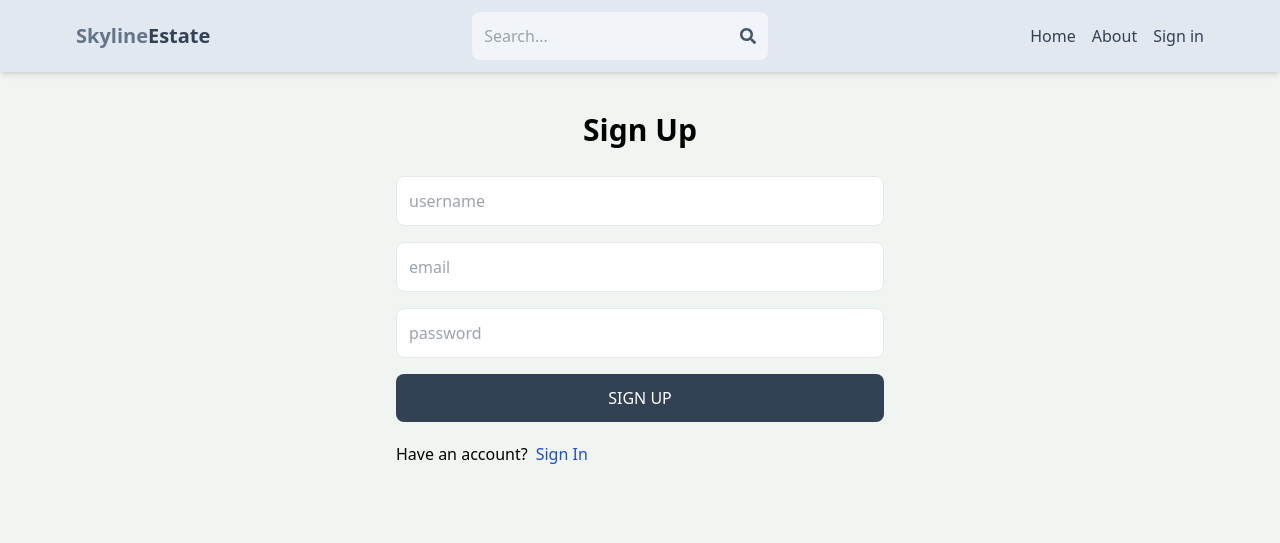
Repository: stavan30/mern-estate
Page: /sign-up (app in client/)
An editor plug-in stored every save of this project. The page is shown before and after the next save, followed by the edit.
The browser window is 1280 px wide. The pictures show the whole page.
The project was rebuilt for these pictures with package versions that can differ from the ones it lists, and the page was loaded fresh each time. Also part of the build but not shown: client/vite.config.js, client/src/pages/About.jsx, client/src/pages/Home.jsx, client/src/pages/Profile.jsx, client/src/pages/SignIn.jsx.

Above is the page before, as saved 2024-01-30 14:31:33.

### client/src/main.jsx
import React from 'react'
import ReactDOM from 'react-dom/client'
import App from './App.jsx'
import './index.css'
import {persistor, store} from './redux/store.js'
import {Provider} from 'react-redux'
import {PersistGate} from 'redux-persist/integration/react';

ReactDOM.createRoot(document.getElementById('root')).render(
  <Provider store={store}>
    <PersistGate loading={null} persistor={persistor}>
    <App />
    </PersistGate>
  </Provider>
)

### client/src/App.jsx
import { BrowserRouter, Routes, Route } from 'react-router-dom';
import Header from './components/Header';
import About from './pages/About';
import Home from './pages/Home';
import Profile from './pages/Profile';
import SignIn from './pages/SignIn';
import SignUp from './pages/SignUp';


export default function App() {
  return (
    <BrowserRouter>
    <Header/>
      <Routes>
        <Route path='/' element={<Home/>}></Route>
        <Route path='/sign-in' element={<SignIn/>}></Route>
        <Route path='/sign-up' element={<SignUp/>}></Route>
        <Route path='/about' element={<About/>}></Route>
        <Route path='/profile' element={<Profile/>}></Route>
      </Routes>
    </BrowserRouter>
    )
}

### client/src/redux/store.js
import { combineReducers, configureStore } from '@reduxjs/toolkit'
import userReducer from './user/userSlice'
import {persistReducer, persistStore} from 'redux-persist';
import storage from 'redux-persist/lib/storage'

const rootReducer = combineReducers({user: userReducer})

const persistConfig = {
    key: 'root',
    storage,
    version: 1,
}

const persistedReducer = persistReducer(persistConfig, rootReducer)

export const store = configureStore({
  reducer: persistedReducer,
  middleware: (getDefaultMiddleware)=>
    getDefaultMiddleware({
        serializableCheck: false,
    })
})

export const persistor = persistStore(store);

### client/src/components/Header.jsx
import { FaSearch} from 'react-icons/fa'
import { Link } from 'react-router-dom'

export default function Header() {
  return (
    <header className='bg-slate-200 shadow-md'>
        <div className='flex justify-between items-center max-w-6xl mx-auto p-3'>
        <Link to='/'>
        <h1 className='font-bold text-sm sm:text-xl flex flex-wrap'>
            <span className='text-slate-500'>Skyline</span>
            <span className='text-slate-700'>Estate</span>
        </h1>
        </Link>
        <form className='bg-slate-100 p-3 rounded-lg flex items-center'>
            <input type='text' placeholder='Search...'
                className='bg-transparent focus:outline-none w-24 sm:w-64'
            />
            <FaSearch className='text-slate-600'/>
        </form>

        <ul className='flex gap-4'>
            <Link to='/'><li className='hidden sm:inline text-slate-700 hover:underline'>Home</li></Link>
            <Link to='/about'><li className='hidden sm:inline text-slate-700 hover:underline'>About</li></Link>
            <Link to='/sign-in'><li className=' text-slate-700 hover:underline'>Sign in</li></Link>
        </ul>
        </div>
    </header>
  )
}

### client/src/pages/SignUp.jsx
import { useState } from 'react';
import { Link, useNavigate } from 'react-router-dom';

export default function SignUp() {
  const [formData, setFormData] = useState({});
  const [error, setError] = useState(null);
  const [loading, setLoading] = useState(false);
  const navigate = useNavigate();
  const handleChange = (e) => {
    setFormData({
      ...formData,
      [e.target.id]: e.target.value,
    })
  }

  const handleSubmit = async (e) => {
    e.preventDefault();
    try {
      setLoading(true);
      //fetch function to get api endpoint and pass on an object with POST, and the data we are sending is in JSON, and body which converts the JSON object to string.
      const res = await fetch('/api/auth/signup', {
      method: 'POST',
      headers: {
        'Content-Type' : 'application/json',
      },
      body: JSON.stringify(formData) //used to send data
      });
      const data = await res.json(); //recieveing data and storing it in const data using await async opperation.
      console.log(data);
      if(data.success === false) {
      setLoading(false);
      setError(data.message);
      return;
    }
    setLoading(false);
    setError(null);
    navigate('/sign-in');

    } catch (error) {
      setLoading(false);
      setError(error.message);
    }


  }

  return (
    <div className='p-3 max-w-lg mx-auto'>
      <h1 className='text-3xl text-center font-semibold my-7'>
        Sign Up
      </h1>
      <form onSubmit={handleSubmit} className='flex flex-col gap-4'>
        <input type="text" placeholder='username'
        className='border p-3 rounded-lg' id='username' onChange={handleChange}/>

        <input type="text" placeholder='email'
        className='border p-3 rounded-lg' id='email' onChange={handleChange}/>

        <input type="password" placeholder='password'
        className='border p-3 rounded-lg' id='password' onChange={handleChange}/>

        <button disabled={loading} className='bg-slate-700 text-white p-3 rounded-lg uppercase hover:opacity-95 disabled:opacity-80'>
          {loading ? 'Loading...' : 'Sign Up'}
        </button>
      </form>
      <div className='flex gap-2 mt-5'>
        <p>Have an account? </p>
        <Link to={"/sign-in"}>
          <span className='text-blue-700'>Sign In</span>
        </Link>
      </div>
      {error && <p className='text-red-500 mt-5' >{error}</p>}
    </div>
  )
}

### client/src/redux/user/userSlice.js
import {createSlice} from '@reduxjs/toolkit'

const initialState = {
    currentUser: null,
    error: null,
    loading: false,
};

const userSlice = createSlice({
    name: 'user',
    initialState,
    reducers: {
        signInStart: (state)=>{
            state.loading = true;
        },

        signInSuccess: (state, action) => {
            state.currentUser = action.payload;
            state.loading = false;
            state.error = null;
        },

        signInFail: (state, action) => {
            state.error = action.payload;
            state.loading = false;
        }

    }
})

export const {signInStart, signInSuccess, signInFail} = userSlice.actions;

export default userSlice.reducer;

### client/src/components/OAuth.jsx
import React from 'react'

export default function OAuth() {
  return (
    <div>OAuth</div>
  )
}

Loaded but not shown: client/index.html (common file); client/src/index.css (common file); client/tailwind.config.js (common file)

After the next save:
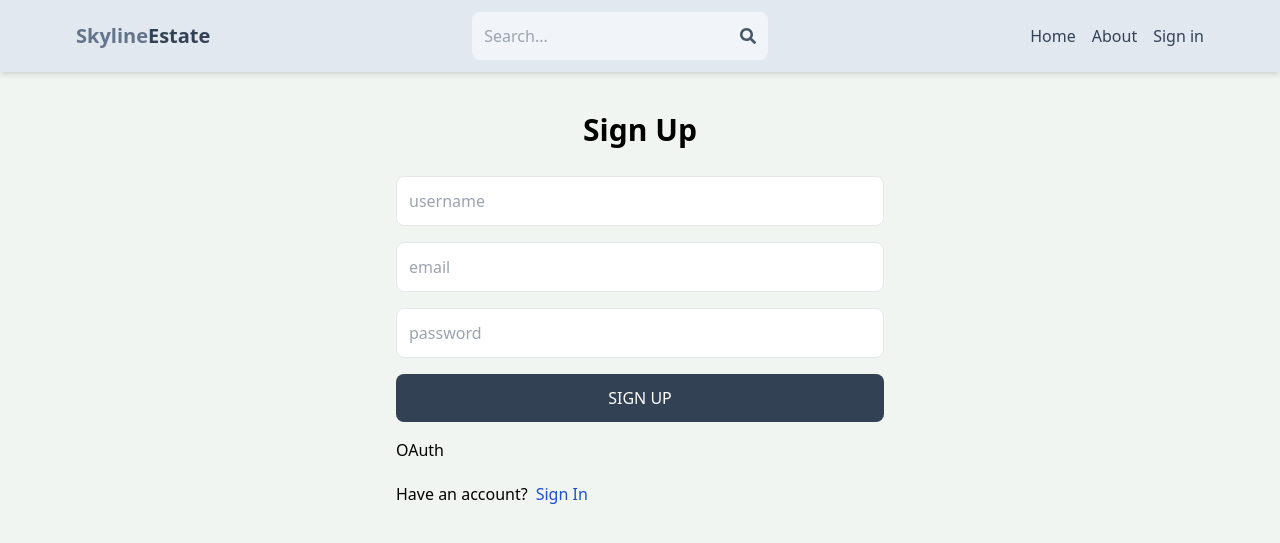
Saved 29 s later.
--- a/client/src/pages/SignUp.jsx
+++ b/client/src/pages/SignUp.jsx
@@ -1,5 +1,6 @@
 import { useState } from 'react';
 import { Link, useNavigate } from 'react-router-dom';
+import OAuth from '../components/OAuth';
 
 export default function SignUp() {
   const [formData, setFormData] = useState({});
@@ -62,6 +63,7 @@ export default function SignUp() {
         <button disabled={loading} className='bg-slate-700 text-white p-3 rounded-lg uppercase hover:opacity-95 disabled:opacity-80'>
           {loading ? 'Loading...' : 'Sign Up'}
         </button>
+        <OAuth/>
       </form>
       <div className='flex gap-2 mt-5'>
         <p>Have an account? </p>
